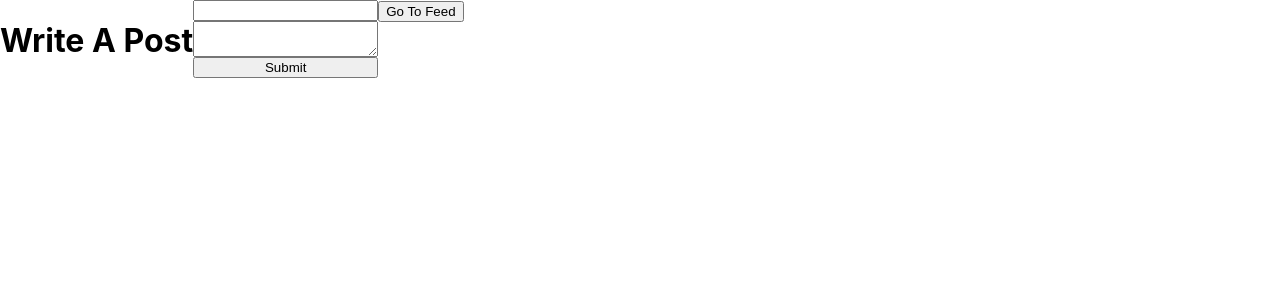
Repository: shaelorch/comp-week4
Page: /addPosts
An editor plug-in stored every save of this project. The page is shown before and after the next save, followed by the edit.
The browser window is 1280 px wide. The pictures show the whole page.
The project was rebuilt for these pictures with package versions that can differ from the ones it lists, and the page was loaded fresh each time. The framework's server and built-in components were replaced by stand-ins that run in the browser. Also part of the build but not shown: next.config.js.

Above is the page before, as saved 2023-01-31 23:05:27.

### pages/addPosts.js
import { useState } from 'react'
import axios from 'axios'
import { useEffect } from 'react'

export default function Home({posts}) {
    const [title, setTitle] = useState('')
    const [content, setContent] = useState('')

  const handleSubmit = async (e) => {
  e.preventDefault()
  const res = await axios.post('/api/posts', { title, content })
    console.log(res.data)
  }

  return <div style={{display:'flex', alignContent:'center', }}>
  <h1>Write A Post</h1>

        <form onSubmit={handleSubmit} style={{display: "flex", flexDirection: "column", maxWidth: "400px"}}>
          <input type="text" value={title} onChange={(e) => setTitle(e.target.value)} />
          <textarea value={content} onChange={(e) => setContent(e.target.value)} />


            <button type="submit">Submit</button>
        </form>
        <a href='/'>
            <button>Go To Feed</button>
        </a>


    </div>
  }

Loaded but not shown: pages/_app.js (common file); styles/globals.css (common file)

After the next save:
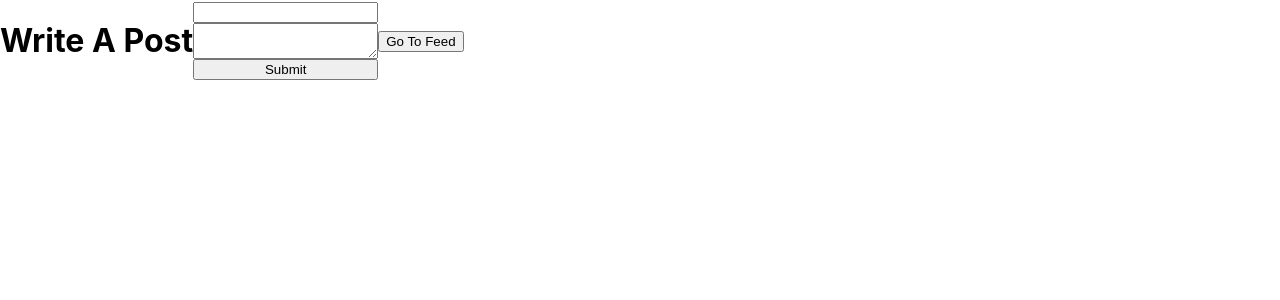
Saved 5 s later.
--- a/pages/addPosts.js
+++ b/pages/addPosts.js
@@ -12,7 +12,7 @@ export default function Home({posts}) {
     console.log(res.data)
   }
 
-  return <div style={{display:'flex', alignContent:'center', }}>
+  return <div style={{display:'flex', alignItems:'center', }}>
   <h1>Write A Post</h1>
 
         <form onSubmit={handleSubmit} style={{display: "flex", flexDirection: "column", maxWidth: "400px"}}>
